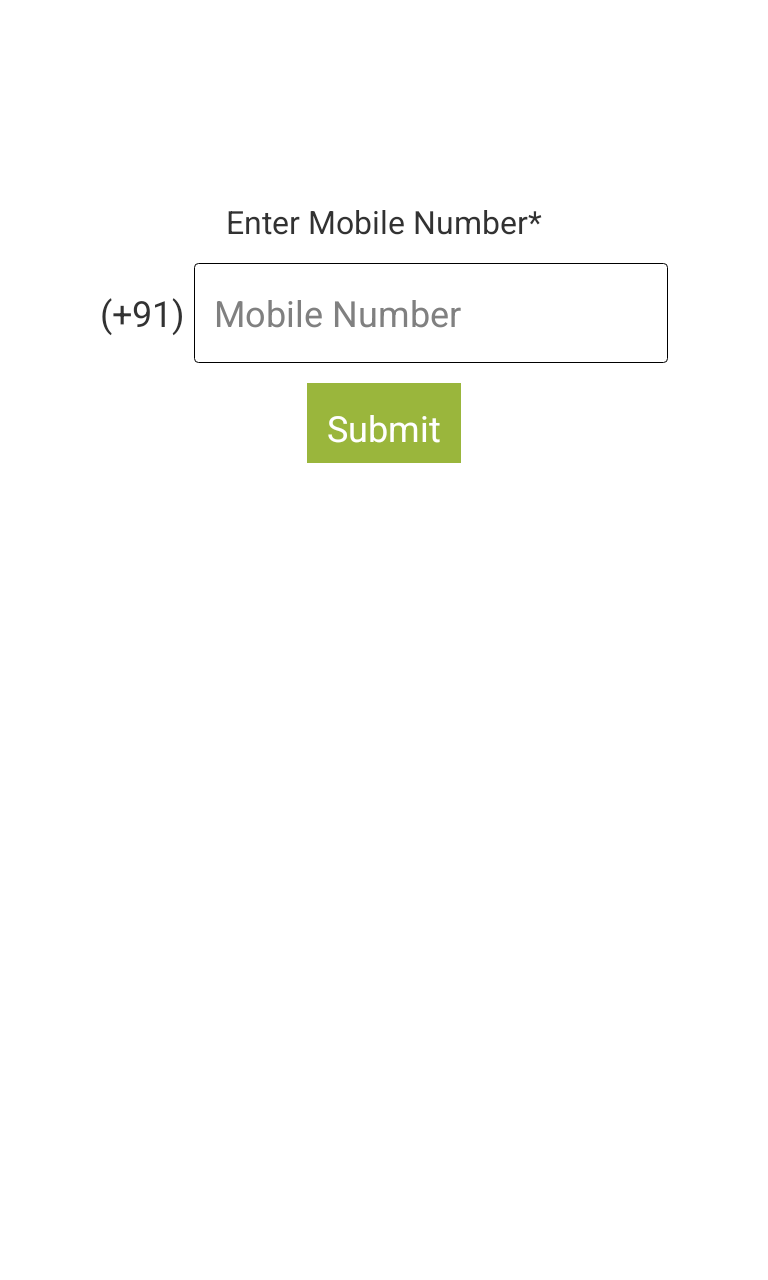
Repository: amitvikramjaiswal/amit-work
Layout: MandiTrades/MandiTradesAndroid/res/layout/first_screen.xml
These files come from the project's save history. The layout is drawn as it stood at one moment and after the next save; the edit follows.
It is drawn on a 768 x 1280 px phone screen (xhdpi) without system bars, with theme AppTheme; the app's code is not run.

Above is the layout before, as saved 2014-11-15 01:23:04.

### MandiTrades/MandiTradesAndroid/res/layout/first_screen.xml
<?xml version="1.0" encoding="utf-8"?>
<LinearLayout xmlns:android="http://schemas.android.com/apk/res/android"
    android:layout_width="match_parent"
    android:layout_height="match_parent"
    android:background="#fff"
    android:orientation="vertical" >

    <LinearLayout
        android:id="@+id/mobile_ll"
        android:layout_width="match_parent"
        android:layout_height="wrap_content"
        android:orientation="vertical" >

        <View
            android:layout_width="match_parent"
            android:layout_height="100dp" />

        <TextView
            android:layout_width="match_parent"
            android:layout_height="wrap_content"
            android:gravity="center"
            android:text="@string/enter_mobile_number"
            android:textSize="@dimen/text_size_large" />

        <LinearLayout
            android:layout_width="match_parent"
            android:layout_height="@dimen/height_row"
            android:layout_gravity="center"
            android:layout_marginLeft="50dp"
            android:layout_marginRight="50dp"
            android:layout_marginTop="@dimen/margin_left_right"
            android:orientation="horizontal" >

            <TextView
                android:layout_width="wrap_content"
                android:layout_height="wrap_content"
                android:gravity="center"
                android:text="(+91) "
                android:textSize="18sp" />

            <EditText
                android:id="@+id/mobile_et"
                android:layout_width="match_parent"
                android:layout_height="@dimen/height_row"
                android:background="@drawable/border_shape"
                android:hint="@string/mobile_number"
                android:inputType="number"
                android:maxLength="10"
                android:padding="@dimen/padding_normal"
                android:textColor="#000" />
        </LinearLayout>
    </LinearLayout>

    <LinearLayout
        android:id="@+id/otp_ll"
        android:layout_width="match_parent"
        android:layout_height="wrap_content"
        android:orientation="vertical"
        android:visibility="gone" >

        <View
            android:layout_width="match_parent"
            android:layout_height="100dp" />

        <TextView
            android:layout_width="match_parent"
            android:layout_height="wrap_content"
            android:gravity="center"
            android:text="@string/enter_otp"
            android:textSize="@dimen/text_size_large" />

        <RelativeLayout
            android:layout_width="match_parent"
            android:layout_height="wrap_content"
            android:layout_gravity="center_horizontal"
            android:layout_marginLeft="50dp"
            android:layout_marginRight="50dp"
            android:layout_marginTop="@dimen/margin_left_right"
            android:background="#ff9ab63c"
            android:padding="1dp" >

            <EditText
                android:id="@+id/otp_et"
                android:layout_width="match_parent"
                android:layout_height="@dimen/height_row"
                android:background="#fff"
                android:hint="@string/otp"
                android:inputType="number"
                android:maxLength="4"
                android:padding="@dimen/padding_normal"
                android:textColor="#000" />
        </RelativeLayout>
    </LinearLayout>

    <Button
        android:id="@+id/submit_btn"
        android:layout_width="wrap_content"
        android:layout_height="@dimen/height_button"
        android:layout_gravity="center_horizontal"
        android:layout_margin="@dimen/margin_left_right"
        android:background="#ff9ab63c"
        android:padding="@dimen/padding_normal"
        android:text="@string/submit"
        android:textColor="@android:color/white" />

    <View
        android:layout_width="match_parent"
        android:layout_height="0dp"
        android:layout_weight="1" />

    <TextView
        android:id="@+id/resend_otp_tv"
        android:layout_width="wrap_content"
        android:layout_height="wrap_content"
        android:layout_gravity="center|bottom"
        android:layout_marginBottom="20dp"
        android:onClick="resendOtp"
        android:text="Resend OTP"
        android:textColor="#2E2EFE"
        android:visibility="gone" />

</LinearLayout>

### MandiTrades/MandiTradesAndroid/res/values/styles.xml
<resources>

    <!--
        Base application theme, dependent on API level. This theme is replaced
        by AppBaseTheme from res/values-vXX/styles.xml on newer devices.
    -->
    <style name="AppBaseTheme" parent="android:Theme.Light">
        <!--
            Theme customizations available in newer API levels can go in
            res/values-vXX/styles.xml, while customizations related to
            backward-compatibility can go here.
        -->
    </style>

    <!-- Application theme. -->
    <style name="AppTheme" parent="AppBaseTheme">

        <!-- All customizations that are NOT specific to a particular API-level can go here. -->
        <item name="titleTextStyle">@style/TitleTextStyle</item>
    </style>

    <!-- *********************************************** Custom Progress Dialog *********************************************** -->
    <style name="CustomProgressDialog" parent="android:Theme.Holo.Dialog">
        <item name="android:alertDialogStyle">@style/CustomAlertDialogStyle</item>
        <item name="android:windowBackground">@color/transparent</item>
        <item name="android:textColorPrimary">#FFFFFF</item>
        <item name="android:backgroundDimEnabled">false</item>
        <item name="android:textColor">#FFFFFF</item>
        <item name="android:textStyle">normal</item>
        <item name="android:textSize">12sp</item>
    </style>

    <style name="CustomAlertDialogStyle">
        <item name="android:bottomBright">@color/transparent</item>
        <item name="android:bottomDark">@color/transparent</item>
        <item name="android:bottomMedium">@color/transparent</item>
        <item name="android:centerBright">@color/transparent</item>
        <item name="android:centerDark">@color/transparent</item>
        <item name="android:centerMedium">@color/transparent</item>
        <item name="android:fullBright">@color/transparent</item>
        <item name="android:fullDark">@color/transparent</item>
        <item name="android:topBright">@color/transparent</item>
        <item name="android:topDark">@color/transparent</item>
    </style>

    <style name="TitleTextStyle" parent="@style/TextAppearance.AppCompat.Widget.ActionBar.Title">
        <item name="android:gravity">center</item>
    </style>

</resources>

### MandiTrades/MandiTradesAndroid/res/values-sw600dp/dimens.xml
<resources>

    <!--
         Customize dimensions originally defined in res/values/dimens.xml (such as
         screen margins) for sw600dp devices (e.g. 7" tablets) here.
    -->
    <dimen name="activity_horizontal_margin">16dp</dimen>
    <dimen name="activity_vertical_margin">16dp</dimen>
    <dimen name="text_size_normal">18sp</dimen>
    <dimen name="text_size_small">16sp</dimen>
    <dimen name="text_size_large">22sp</dimen>
    <dimen name="width_small_field_1">150dp</dimen>
    <dimen name="width_small_field_2">100dp</dimen>
    <dimen name="height_row">50dp</dimen>
    <dimen name="height_button">70dp</dimen>
    <dimen name="margin_left_right">10dp</dimen>
    <dimen name="margin_address">20dp</dimen>
    <dimen name="width_large_field">260dp</dimen>
    <dimen name="size_icon">50dp</dimen>
    <dimen name="text_size_heading">22sp</dimen>

    <!-- Main Menu -->

    <dimen name="height_main_menu_ll">230dp</dimen>
    <dimen name="width_main_menu_ll">230dp</dimen>
    <dimen name="size_alert_main_menu_icon">130dp</dimen>
    <dimen name="size_main_menu_icon">130dp</dimen>
    <dimen name="padding_main_menu_icon">30dp</dimen>
    <dimen name="padding_main_menu_layout">15dp</dimen>
    <dimen name="size_main_menu_icon_rl">142dp</dimen>
    <dimen name="slidermenu_width">250dp</dimen>

    <!-- New Sale Commodity Page -->

    <dimen name="height_commodity_title">45dp</dimen>
    <dimen name="padding_commodity_title">5dp</dimen>
    <dimen name="text_size_commodity_title">20sp</dimen>

    <!-- New Sale Horizontal Scroll Template -->

    <dimen name="width_image_view">120dp</dimen>
    <dimen name="height_image_view">120dp</dimen>
    <dimen name="width_text_view">120dp</dimen>
    <dimen name="height_text_view">20dp</dimen>
    <dimen name="text_size_commodity_name">18sp</dimen>

    <!-- New Sale Post Page -->
    <dimen name="width_label_column">160dp</dimen>
    <dimen name="image_height">300dp</dimen>
    <dimen name="padding_image">5dp</dimen>
    <dimen name="padding_normal">10dp</dimen>
    <dimen name="padding_small">5dp</dimen>
    <dimen name="text_size_timer">30sp</dimen>

    <!-- NEWS Page -->
    <dimen name="width_news_image">120dp</dimen>
    <dimen name="height_news_image">80dp</dimen>
    <dimen name="cart_label_radious">15dp</dimen>
    <dimen name="home_screen_first_row_top_margin">12dp</dimen>
    <dimen name="main_menu_top_margin">50dp</dimen>

    <!-- Image Upload -->

    <dimen name="height_image_upload_layout">140dp</dimen>
    <dimen name="height_image_upload_icon">110dp</dimen>

</resources>

### MandiTrades/MandiTradesAndroid/res/values-sw720dp/dimens.xml
<resources>

    <!--
         Customize dimensions originally defined in res/values/dimens.xml (such as
         screen margins) for sw600dp devices (e.g. 7" tablets) here.
    -->
    <dimen name="activity_horizontal_margin">16dp</dimen>
    <dimen name="activity_vertical_margin">16dp</dimen>
    <dimen name="text_size_normal">16sp</dimen>
    <dimen name="text_size_small">14sp</dimen>
    <dimen name="text_size_large">18sp</dimen>
    <dimen name="width_small_field_1">150dp</dimen>
    <dimen name="width_small_field_2">100dp</dimen>
    <dimen name="height_row">50dp</dimen>
    <dimen name="height_button">70dp</dimen>
    <dimen name="margin_left_right">10dp</dimen>
    <dimen name="margin_address">20dp</dimen>
    <dimen name="width_large_field">260dp</dimen>
    <dimen name="size_icon">50dp</dimen>
    <dimen name="text_size_heading">22sp</dimen>

    <!-- Main Menu -->

    <dimen name="height_main_menu_ll">230dp</dimen>
    <dimen name="width_main_menu_ll">230dp</dimen>
    <dimen name="size_alert_main_menu_icon">130dp</dimen>
    <dimen name="size_main_menu_icon">130dp</dimen>
    <dimen name="padding_main_menu_icon">30dp</dimen>
    <dimen name="padding_main_menu_layout">15dp</dimen>
    <dimen name="size_main_menu_icon_rl">142dp</dimen>
    <dimen name="slidermenu_width">250dp</dimen>

    <!-- New Sale Commodity Page -->

    <dimen name="height_commodity_title">45dp</dimen>
    <dimen name="padding_commodity_title">5dp</dimen>
    <dimen name="text_size_commodity_title">20sp</dimen>

    <!-- New Sale Horizontal Scroll Template -->

    <dimen name="width_image_view">120dp</dimen>
    <dimen name="height_image_view">120dp</dimen>
    <dimen name="width_text_view">120dp</dimen>
    <dimen name="height_text_view">20dp</dimen>
    <dimen name="text_size_commodity_name">18sp</dimen>

    <!-- New Sale Post Page -->
    <dimen name="width_label_column">140dp</dimen>
    <dimen name="image_height">300dp</dimen>
    <dimen name="padding_image">5dp</dimen>
    <dimen name="padding_normal">10dp</dimen>
    <dimen name="padding_small">5dp</dimen>
    <dimen name="text_size_timer">30sp</dimen>

    <!-- NEWS Page -->
    <dimen name="width_news_image">120dp</dimen>
    <dimen name="height_news_image">80dp</dimen>
    <dimen name="cart_label_radious">15dp</dimen>
    <dimen name="home_screen_first_row_top_margin">12dp</dimen>
    <dimen name="main_menu_top_margin">50dp</dimen>

    <!-- Image Upload -->

    <dimen name="height_image_upload_layout">140dp</dimen>
    <dimen name="height_image_upload_icon">110dp</dimen>

</resources>

### MandiTrades/MandiTradesAndroid/res/values/dimens.xml
<resources>

    <!--
         Customize dimensions originally defined in res/values/dimens.xml (such as
         screen margins) for sw600dp devices (e.g. 7" tablets) here.
    -->
    <dimen name="activity_horizontal_margin">16dp</dimen>
    <dimen name="activity_vertical_margin">16dp</dimen>

    <dimen name="text_size_notify">12sp</dimen>
    <dimen name="text_size_normal">16sp</dimen>
    <dimen name="text_size_small">14sp</dimen>
    <dimen name="text_size_large">20sp</dimen>
    <dimen name="width_small_field_1">150dp</dimen>
    <dimen name="width_small_field_2">100dp</dimen>
    <dimen name="height_row">50dp</dimen>
    <dimen name="height_button">70dp</dimen>
    <dimen name="margin_left_right">10dp</dimen>
    <dimen name="margin_address">15dp</dimen>
    <dimen name="width_large_field">260dp</dimen>
    <dimen name="size_icon">50dp</dimen>
    <dimen name="margin_right">5dp</dimen>

    <!-- Main Menu -->

    <dimen name="height_main_menu_ll">200dp</dimen>
    <dimen name="width_main_menu_ll">180dp</dimen>
    <dimen name="size_alert_main_menu_icon">130dp</dimen>
    <dimen name="size_main_menu_icon">120dp</dimen>
    <dimen name="padding_main_menu_icon">30dp</dimen>
    <dimen name="padding_main_menu_layout">15dp</dimen>
    <dimen name="size_main_menu_icon_rl">112dp</dimen>
    <dimen name="slidermenu_width">200dp</dimen>

    <!-- New Sale Commodity Page -->

    <dimen name="height_commodity_title">45dp</dimen>
    <dimen name="padding_commodity_title">5dp</dimen>
    <dimen name="text_size_commodity_title">20sp</dimen>

    <!-- New Sale Horizontal Scroll Template -->

    <dimen name="width_image_view">120dp</dimen>
    <dimen name="height_image_view">120dp</dimen>
    <dimen name="width_text_view">120dp</dimen>
    <dimen name="height_text_view">20dp</dimen>
    <dimen name="text_size_commodity_name">18sp</dimen>

    <!-- New Sale Post Page -->
    <dimen name="width_label_column">140dp</dimen>
    <dimen name="image_height">300dp</dimen>
    <dimen name="padding_image">5dp</dimen>
    <dimen name="padding_normal">10dp</dimen>
    <dimen name="padding_small">5dp</dimen>
    <dimen name="text_size_timer">30sp</dimen>

    <!-- NEWS Page -->
    <dimen name="width_news_image">120dp</dimen>
    <dimen name="height_news_image">80dp</dimen>
    <dimen name="cart_label_radious">15dp</dimen>

    <dimen name="home_screen_first_row_top_margin">12dp</dimen>
    <dimen name="main_menu_top_margin">30dp</dimen>
    <dimen name="height_comment_box">80dp</dimen>
     <dimen name="text_size_heading">20sp</dimen>
     <dimen name="padding_very_small">2dp</dimen>

       <!-- Image Upload -->

    <dimen name="height_image_upload_layout">85dp</dimen>
    <dimen name="height_image_upload_icon">55dp</dimen>

</resources>

### MandiTrades/MandiTradesAndroid/res/drawable/border_shape.xml
<?xml version="1.0" encoding="utf-8"?>
<shape xmlns:android="http://schemas.android.com/apk/res/android"
android:shape="rectangle">
<corners
android:bottomRightRadius="2dp"
android:bottomLeftRadius="2dp"
android:topLeftRadius="2dp"
android:topRightRadius="2dp"/>
<solid android:color="#FFFFFF" />

<stroke android:width="0.5px" android:color="#000" />
</shape>

Loaded but not shown: MandiTrades/MandiTradesAndroid/res/values-v11/styles.xml (common file); MandiTrades/MandiTradesAndroid/res/values-v14/styles.xml (common file); MandiTrades/MandiTradesAndroid/res/values/strings.xml (193 lines, source omitted)

After the next save:
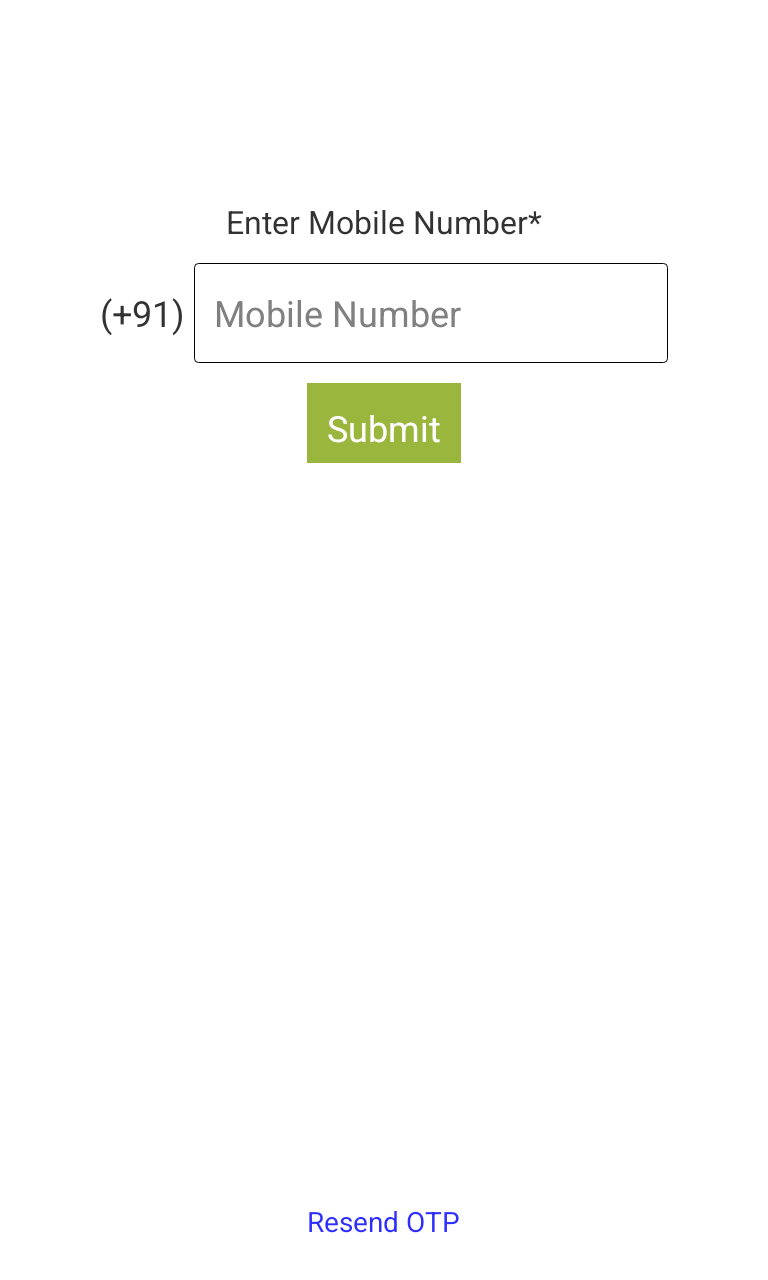
Saved 5 min 55 s later.
--- a/MandiTrades/MandiTradesAndroid/res/layout/first_screen.xml
+++ b/MandiTrades/MandiTradesAndroid/res/layout/first_screen.xml
@@ -116,7 +116,6 @@
         android:layout_marginBottom="20dp"
         android:onClick="resendOtp"
         android:text="Resend OTP"
-        android:textColor="#2E2EFE"
-        android:visibility="gone" />
+        android:textColor="#2E2EFE" />
 
 </LinearLayout>

After the 2 saves that followed:
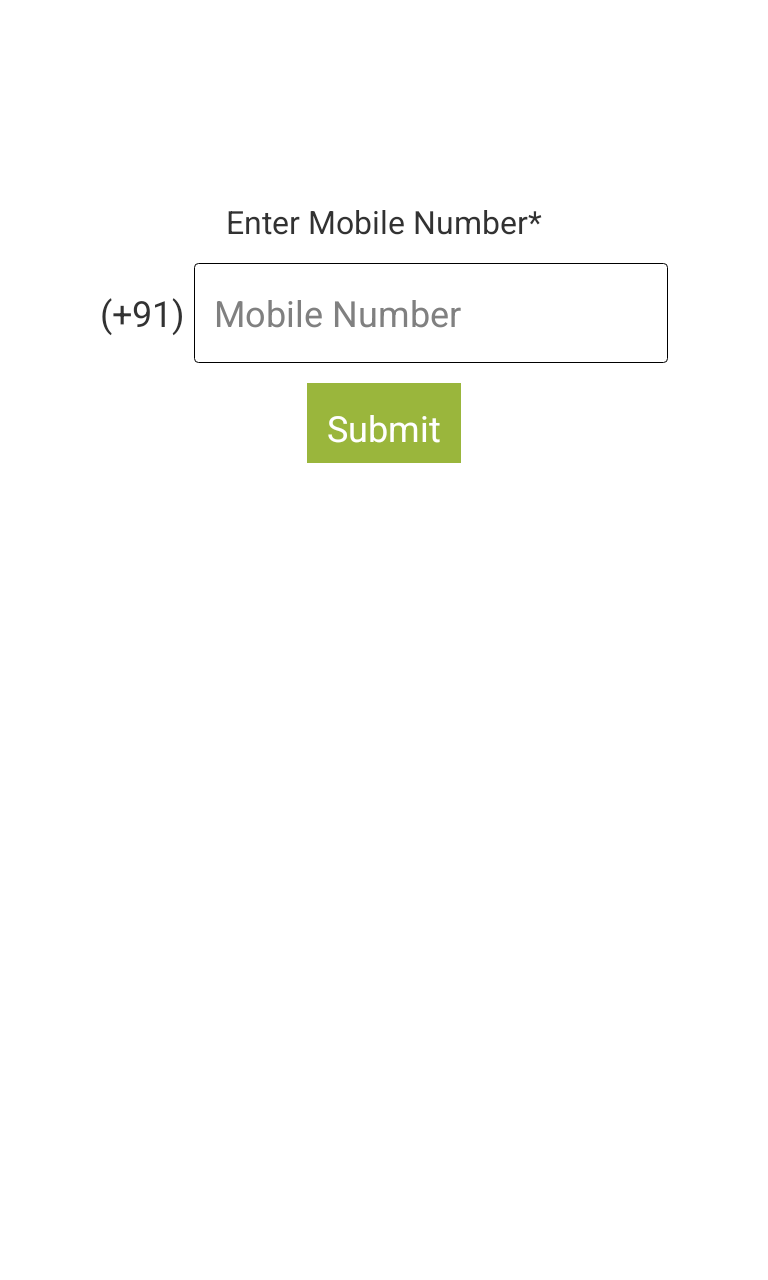
The 2 saves are shown as one change because 1 left the picture as it was.
The last was saved 102 s later.
--- a/MandiTrades/MandiTradesAndroid/res/layout/first_screen.xml
+++ b/MandiTrades/MandiTradesAndroid/res/layout/first_screen.xml
@@ -116,6 +116,8 @@
         android:layout_marginBottom="20dp"
         android:onClick="resendOtp"
         android:text="Resend OTP"
-        android:textColor="#2E2EFE" />
+        android:textSize="@dimen/text_size_normal"
+        android:textColor="#2E2EFE"
+        android:visibility="gone" />
 
 </LinearLayout>
